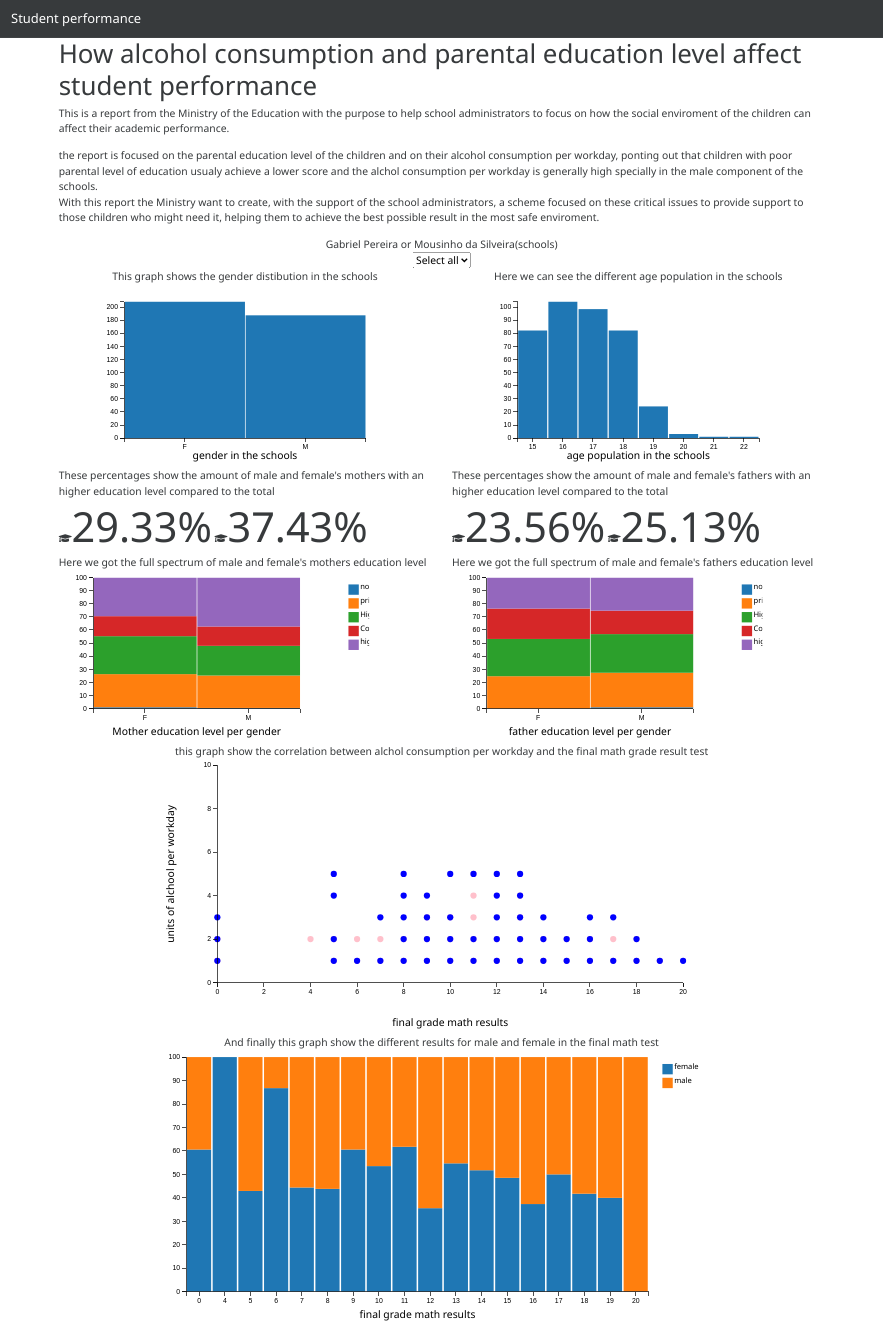
Repository: Baal89/second-milestone-project
Page: index.html
The author's editor kept a record of every edit. The page is drawn from the files as they stood at one moment, then again after the next edit.
The browser window is 1280 px wide. The pictures show the whole page, at 69% of full size.
Some web libraries are served in a nearby version.

Above is the page before.

After the next edit:
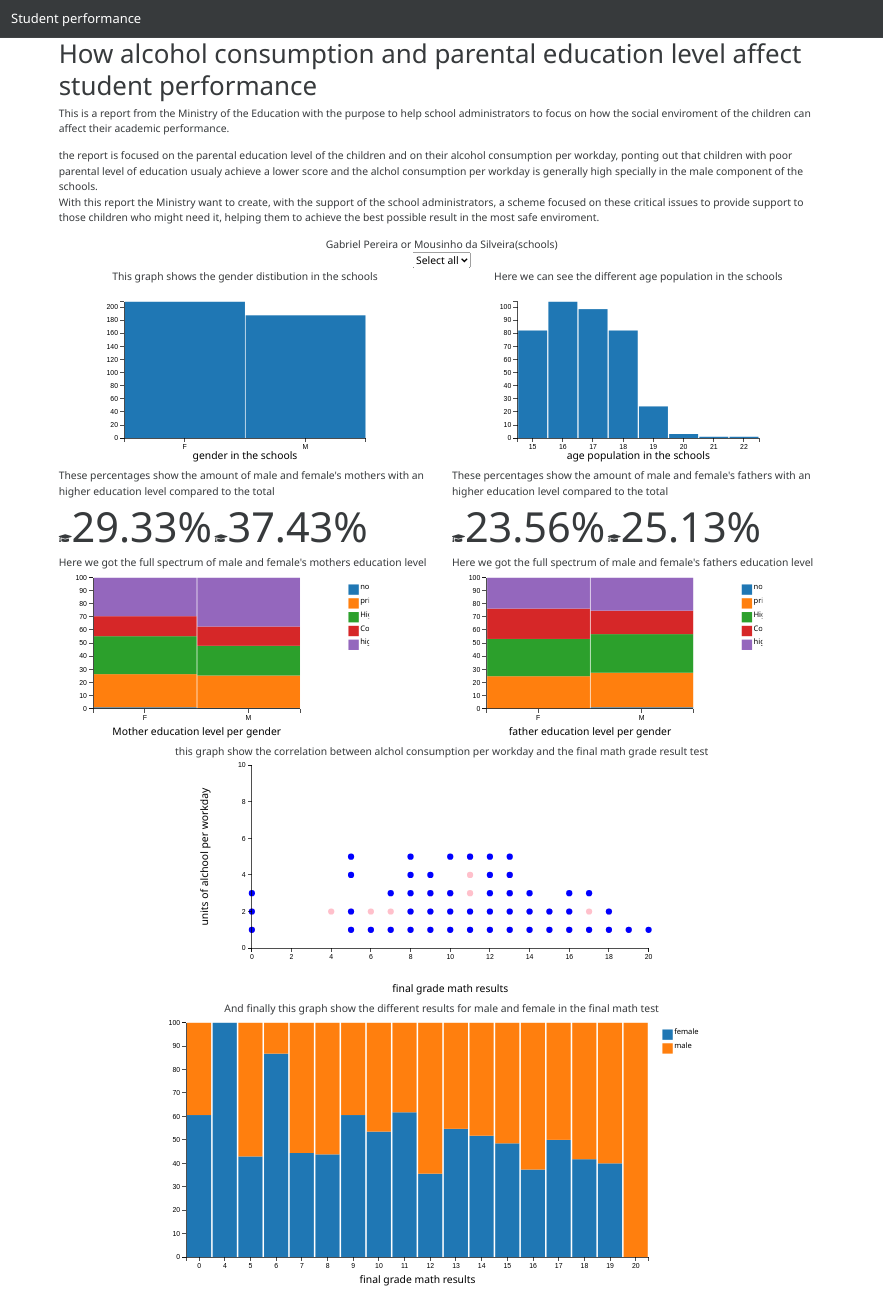
The edit:
--- a/static/js/graph.js
+++ b/static/js/graph.js
@@ -273,8 +273,8 @@
     var maxPerformance = performanceDim.top(1)[0].G3;
 
     dc.scatterPlot("#workday-alcohol-graduation")
-        .width(800)
-        .height(400)
+        .width(700)
+        .height(350)
         .x(d3.scale.linear().domain([minPerformance, maxPerformance]))
         .y(d3.scale.linear().domain([0, 10]))
         .brushOn(false)
